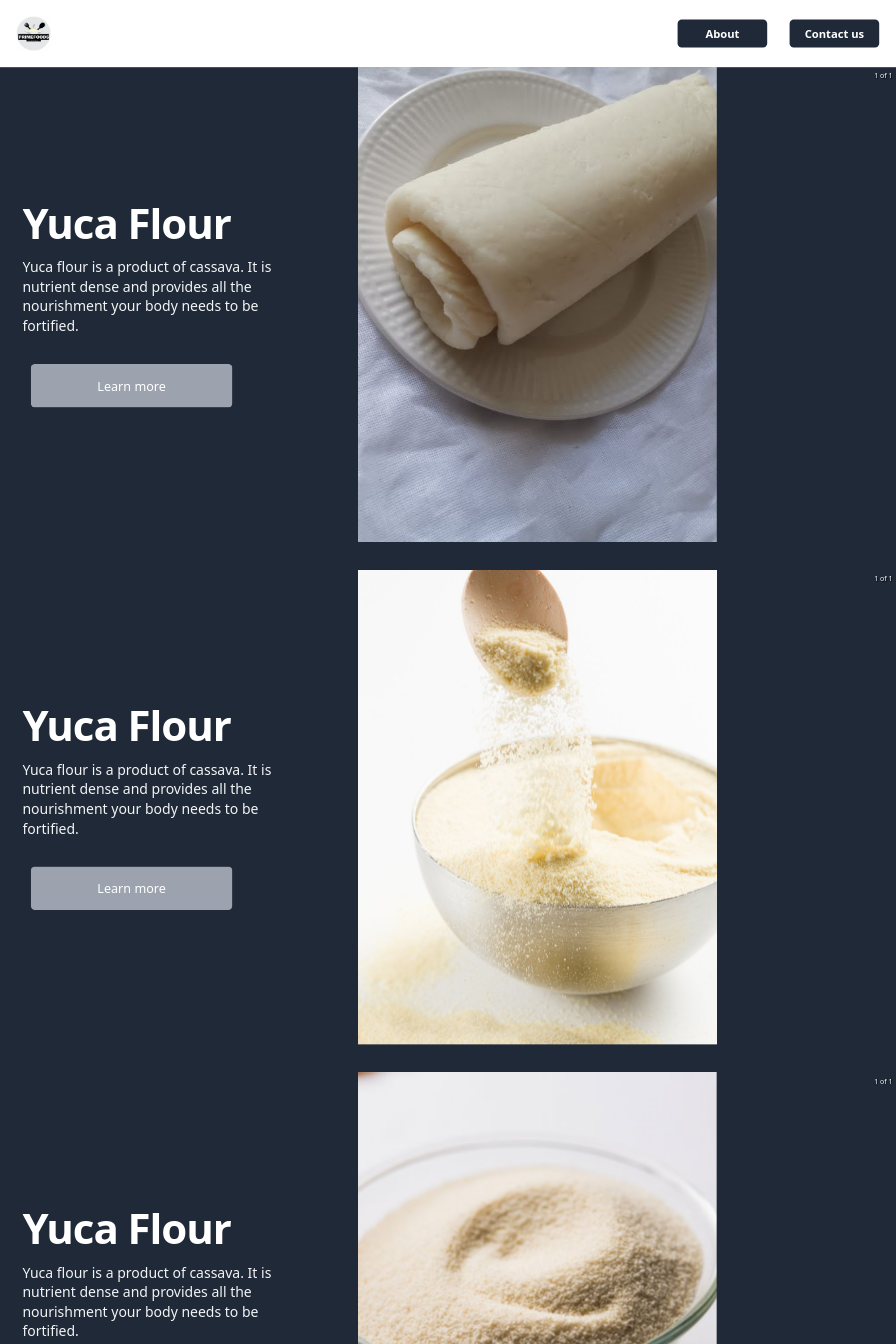
Repository: bellatrick/prime-foods
Page: /
An editor plug-in stored every save of this project. The page is shown before and after a run of saves, followed by the edit.
The browser window is 1280 px wide. The pictures show the part of the page from y = 0 to 1920 px (the page is 3816 px tall before and 3642 px after), at 70% of full size.
Some web fonts or font styles are not loaded; a fallback is used. The project was rebuilt for these pictures with package versions that can differ from the ones it lists, and the page was loaded fresh each time.

Above is the page before, as saved 2022-05-01 12:01:01.

### public/index.html
<!DOCTYPE html>
<html lang="en">
  <head>
    <meta charset="utf-8" />
    <link rel="icon" href="%PUBLIC_URL%/favicon.ico" />
    <meta name="viewport" content="width=device-width, initial-scale=1" />
    <meta name="theme-color" content="#000000" />
    <meta
      name="description"
      content="Web site created using create-react-app"
    />
    <link rel="apple-touch-icon" href="%PUBLIC_URL%/logo192.png" />
    <link rel="preconnect" href="https://fonts.googleapis.com" />
    <link rel="preconnect" href="https://fonts.gstatic.com" crossorigin />
    <link
      href="https://fonts.googleapis.com/css2?family=Dancing+Script:wght@400;500;600;700&family=Inter:wght@100;200;300;400;500;700;900&family=Kavoon&display=swap"
      rel="stylesheet"
    />
    <!--
      manifest.json provides metadata used when your web app is installed on a
      user's mobile device or desktop. See https://developers.google.com/web/fundamentals/web-app-manifest/
    -->
    <link rel="manifest" href="%PUBLIC_URL%/manifest.json" />
    <!--
      Notice the use of %PUBLIC_URL% in the tags above.
      It will be replaced with the URL of the `public` folder during the build.
      Only files inside the `public` folder can be referenced from the HTML.

      Unlike "/favicon.ico" or "favicon.ico", "%PUBLIC_URL%/favicon.ico" will
      work correctly both with client-side routing and a non-root public URL.
      Learn how to configure a non-root public URL by running `npm run build`.
    -->
    <title>React App</title>
  </head>
  <body>
    <noscript>You need to enable JavaScript to run this app.</noscript>
    <div id="root"></div>
    <!--
      This HTML file is a template.
      If you open it directly in the browser, you will see an empty page.

      You can add webfonts, meta tags, or analytics to this file.
      The build step will place the bundled scripts into the <body> tag.

      To begin the development, run `npm start` or `yarn start`.
      To create a production bundle, use `npm run build` or `yarn build`.
    -->
  </body>
</html>

### src/App.js
import Hero from './components/Hero'
import Features from './components/Features'
import Cta from './components/Cta'
import Footer from './components/Footer'
import './App.css';

function App() {
  return (
    <div className="App">
     <Hero/>
     <Features/>
     <Cta/>
     <Footer/>
    </div>
  );
}

export default App;

### src/components/Hero.jsx
import { Popover } from "@headlessui/react";
import img1 from "../assets/img7.jpg";
import img2 from "../assets/img8.jpg";
import img3 from "../assets/img9.jpg";
import logo from "../assets/prime.jpg";
import Fade from "react-reveal/Fade";
import "react-responsive-carousel/lib/styles/carousel.min.css"; // requires a loader
import { Carousel } from "react-responsive-carousel";
export default function Example() {
  const images = [img1, img2, img3];
  const carouselProps={
    centerMode:true,
    autoPlay:true,
    infinteLoop:true,
    showIndicators:false,
    swipeable:true,
    width:'100%'
  }
  return (
    <div className="relative bg-gray-800">
      <Popover className="relative bg-white shadow">
        <div className="max-w-7xl mx-auto px-4 sm:px-6">
          <div className="flex justify-between items-center py-6  md:space-x-10">
            <div className="flex justify-start lg:w-0 lg:flex-1">
              <img
                src={logo}
                alt=""
                className="h-12 w-auto sm:h-12 object-fill"
              />
            </div>
            <div className="flex gap-8 text-white font-bold cursor-pointer  ">
              <a
                className="hover:bg-gray-400 hover:text-white w-32 py-2 text-white bg-gray-800 rounded-md"
                href="#About"
              >
                About{" "}
              </a>
              <a
                className="hover:bg-gray-400 hover:text-white w-32 py-2 text-white bg-gray-800 rounded-md"
                href="#contact-us"
              >
                Contact us
              </a>
            </div>
          </div>
        </div>
      </Popover>

      {images.map((image) => (
        <Carousel {...carouselProps}>
          <main className="lg:relative">
            <div className="mx-auto max-w-7xl w-full pt-16 pb-20 text-center lg:py-48 lg:text-left">
              <div className="px-4 lg:w-1/2 sm:px-8 xl:pr-16">
                <Fade left opposite>
                  <h1 className="text-4xl tracking-tight font-extrabold text-white sm:text-5xl md:text-6xl lg:text-5xl xl:text-6xl">
                    <span className="block xl:inline">Yuca Flour</span>{" "}
                  </h1>
                </Fade>
                <Fade right opposite>
                  <p className="mt-3 max-w-md mx-auto text-lg text-gray-100 sm:text-xl md:mt-5 md:max-w-3xl">
                    Yuca flour is a product of cassava. It is nutrient dense and
                    provides all the nourishment your body needs to be
                    fortified.
                  </p>
                </Fade>

                <div className="mt-10 flex justify-center lg:justify-start">
                  <div className="mt-3 sm:mt-0 sm:ml-3">
                    <a
                      href="#About"
                      className="w-72 z-10 flex items-center justify-center px-8 py-2 border border-transparent text-base font-medium rounded-md hover:bg-gray-900 text-white bg-gray-400  cursor-pointer md:py-4 md:text-lg md:px-10"
                    >
                      Learn more
                    </a>
                  </div>
                </div>
              </div>
            </div>

            <Fade bottom opposite>
              <div className="relative w-full h-64 sm:h-72 md:h-96 lg:absolute lg:inset-y-0 lg:right-0 lg:w-1/2 lg:h-full">
                <img
                  className="absolute inset-0 w-full h-full object-cover"
                  src={image}
                  alt=""
                />
              </div>
            </Fade>
          </main>
        </Carousel>
      ))}
      <div className="absolute bottom-0 left-0 right-0 w-full">
        <svg
          xmlns="http://www.w3.org/2000/svg"
          viewBox="0 0 1440 320"
          className="h-48  z-0"
        >
          <path
            fill="#fff"
            fill-opacity="1"
            d="M0,288L48,272C96,256,192,224,288,197.3C384,171,480,149,576,165.3C672,181,768,235,864,250.7C960,267,1056,245,1152,250.7C1248,256,1344,288,1392,304L1440,320L1440,320L1392,320C1344,320,1248,320,1152,320C1056,320,960,320,864,320C768,320,672,320,576,320C480,320,384,320,288,320C192,320,96,320,48,320L0,320Z"
          ></path>
        </svg>
      </div>
    </div>
  );
}

### src/components/Features.jsx
import img1 from "../assets/img2.jpg";
import img2 from "../assets/img3.png";
import img3 from "../assets/img4.jfif";
import Fade from "react-reveal/Fade";
const posts = [
  {
    title: "Yuca flour is as healthy as it can get",
    description:
      "Yuca does not contain trans fatty acids, saturated fats or cholesterol. This helps to greatly reduce the risk of high cholesterol as well as heart disease.",
    imageUrl: img2,
  },
  {
    title: " Low in Calories and Gives energy",
    description:
      "Carbohydrates are the body’s main source of energy and at least, a third of your diet should include carb-rich foods like Yuca flour",
    imageUrl: img1,

  },
  {
    title: "Protects the heart",
    description:
      "Yuca is rich in nutrients like fiber, folate, and magnesium – all of which boost heart function and may reduce your risk of heart disease",
    imageUrl: img3,
  },
];

export default function Example() {
  return (
    <div className="relative bg-gray-50 pt-16 pb-20 px-4 sm:px-6 lg:pt-24 lg:pb-28 lg:px-8" id='About'>
      <div className="absolute inset-0">
        <div className="bg-white h-1/3 sm:h-2/3" />
      </div>
      <div className="relative max-w-7xl mx-auto">
        <div className="text-center">
          <h2 className="text-3xl tracking-tight font-extrabold text-gray-600 sm:text-4xl">
            About Yuca Flour
          </h2>
          <p className="mt-3 max-w-2xl mx-auto text-xl text-gray-500 sm:mt-4">
            Lorem ipsum dolor sit amet consectetur, adipisicing elit. Ipsa
            libero labore natus atque, ducimus sed.
          </p>
        </div>
        <>
          <div className="mt-12 max-w-lg mx-auto grid gap-5 lg:grid-cols-3 lg:max-w-none">
            {posts.map((post) => (
              <Fade cascade opposite left>
                <div
                  key={post.title}
                  className="flex flex-col rounded-lg shadow-lg overflow-hidden"
                >
                  <div className="flex-shrink-0">
                    <img
                      className="h-48 w-full object-cover"
                      src={post.imageUrl}
                      alt="feature img"
                    />
                  </div>
                  <div className="flex-1 bg-white p-6 flex flex-col justify-between">
                    <div className="flex-1">
                      <a href={post.href} className="block mt-2">
                        <p className="text-xl font-semibold text-gray-600">
                          {post.title}
                        </p>
                        <p className="mt-3 text-base text-gray-500">
                          {post.description}
                        </p>
                      </a>
                    </div>
                    <div className="mt-6 flex items-center"></div>
                  </div>
                </div>
              </Fade>
            ))}
          </div>
        </>
      </div>
    </div>
  );
}

### src/components/Cta.jsx
import img1 from "../assets/img9.jpg";
import Slide from "react-reveal/Slide";
import Fade from "react-reveal/Fade";
export default function Example() {
  return (
    <div className="bg-white relative" id="contact-us">
         <div className="absolute bottom-0 left-0 right-0">
        <svg xmlns="http://www.w3.org/2000/svg" viewBox="0 0 1440 320">
          <path
            fill="#fff"
            fill-opacity="1"
            d="M0,288L48,272C96,256,192,224,288,197.3C384,171,480,149,576,165.3C672,181,768,235,864,250.7C960,267,1056,245,1152,250.7C1248,256,1344,288,1392,304L1440,320L1440,320L1392,320C1344,320,1248,320,1152,320C1056,320,960,320,864,320C768,320,672,320,576,320C480,320,384,320,288,320C192,320,96,320,48,320L0,320Z"
          ></path>
        </svg>
      </div>
      <div className="max-w-7xl mx-auto py-16 px-4 sm:px-6 lg:px-8">
        <div className="bg-gray-800 rounded-lg shadow-xl overflow-hidden lg:grid lg:grid-cols-2 lg:gap-4">
          <div className="pt-6 pb-12 px-6 sm:pt-10 sm:px-16 lg:py-16 lg:pr-0 xl:py-16 xl:px-20">
            <div className="lg:self-center">
              <h2 className="text-2xl font-extrabold text-white sm:text-4xl">
                <Fade left>
                  <span className="block">Ready to dive in?</span>
                </Fade>
                <Fade right>
                  {" "}
                  <span className="block text-gray-300">Contact us today!</span>
                </Fade>
              </h2>
              <Slide left>
                {" "}
                <p className="mt-4 text-lg leading-6 text-white">
                  Delivery is speedy and arrives at your doorstep in no time!
                </p>
              </Slide>
              <Slide left>
                <div className="mt-4 flex justify-center sm:mt-8 sm:ml-3 cursor-pointer">
                  <a
                    href={`https://wa.me/${'+2348108932677'}/?text=${'Hello, i just got off your website and i would like to...'}`}
                    rel="noreferrer"
                    className=" flex items-center justify-center px-8 py-3 border border-transparent text-base font-medium rounded-md bg-white text-gray-600 hover:bg-gray-400 hover:text-white cursor-pointer md:py-4 md:text-lg md:px-10"
                  >
                    Contact us
                  </a>
                </div>
              </Slide>
            </div>
          </div>{" "}
          <div className="-mt-6 aspect-w-5 aspect-h-3 md:aspect-w-2 md:aspect-h-1">
            <Slide right>
              <img
                className="transform translate-x-6 translate-y-6 rounded-md object-cover object-left-top sm:translate-x-16 lg:translate-y-20"
                src={img1}
                alt="App screenshot"
              />
            </Slide>
          </div>
        </div>
      </div>

    </div>
  );
}

### src/components/Footer.jsx
/* This example requires Tailwind CSS v2.0+ */
const navigation = {
    social: [
      {
        name: 'Facebook',
        href: '#',
        icon: (props) => (
          <svg fill="currentColor" viewBox="0 0 24 24" {...props}>
            <path
              fillRule="evenodd"
              d="M22 12c0-5.523-4.477-10-10-10S2 6.477 2 12c0 4.991 3.657 9.128 8.438 9.878v-6.987h-2.54V12h2.54V9.797c0-2.506 1.492-3.89 3.777-3.89 1.094 0 2.238.195 2.238.195v2.46h-1.26c-1.243 0-1.63.771-1.63 1.562V12h2.773l-.443 2.89h-2.33v6.988C18.343 21.128 22 16.991 22 12z"
              clipRule="evenodd"
            />
          </svg>
        ),
      },
      {
        name: 'Instagram',
        href: '#',
        icon: (props) => (
          <svg fill="currentColor" viewBox="0 0 24 24" {...props}>
            <path
              fillRule="evenodd"
              d="M12.315 2c2.43 0 2.784.013 3.808.06 1.064.049 1.791.218 2.427.465a4.902 4.902 0 011.772 1.153 4.902 4.902 0 011.153 1.772c.247.636.416 1.363.465 2.427.048 1.067.06 1.407.06 4.123v.08c0 2.643-.012 2.987-.06 4.043-.049 1.064-.218 1.791-.465 2.427a4.902 4.902 0 01-1.153 1.772 4.902 4.902 0 01-1.772 1.153c-.636.247-1.363.416-2.427.465-1.067.048-1.407.06-4.123.06h-.08c-2.643 0-2.987-.012-4.043-.06-1.064-.049-1.791-.218-2.427-.465a4.902 4.902 0 01-1.772-1.153 4.902 4.902 0 01-1.153-1.772c-.247-.636-.416-1.363-.465-2.427-.047-1.024-.06-1.379-.06-3.808v-.63c0-2.43.013-2.784.06-3.808.049-1.064.218-1.791.465-2.427a4.902 4.902 0 011.153-1.772A4.902 4.902 0 015.45 2.525c.636-.247 1.363-.416 2.427-.465C8.901 2.013 9.256 2 11.685 2h.63zm-.081 1.802h-.468c-2.456 0-2.784.011-3.807.058-.975.045-1.504.207-1.857.344-.467.182-.8.398-1.15.748-.35.35-.566.683-.748 1.15-.137.353-.3.882-.344 1.857-.047 1.023-.058 1.351-.058 3.807v.468c0 2.456.011 2.784.058 3.807.045.975.207 1.504.344 1.857.182.466.399.8.748 1.15.35.35.683.566 1.15.748.353.137.882.3 1.857.344 1.054.048 1.37.058 4.041.058h.08c2.597 0 2.917-.01 3.96-.058.976-.045 1.505-.207 1.858-.344.466-.182.8-.398 1.15-.748.35-.35.566-.683.748-1.15.137-.353.3-.882.344-1.857.048-1.055.058-1.37.058-4.041v-.08c0-2.597-.01-2.917-.058-3.96-.045-.976-.207-1.505-.344-1.858a3.097 3.097 0 00-.748-1.15 3.098 3.098 0 00-1.15-.748c-.353-.137-.882-.3-1.857-.344-1.023-.047-1.351-.058-3.807-.058zM12 6.865a5.135 5.135 0 110 10.27 5.135 5.135 0 010-10.27zm0 1.802a3.333 3.333 0 100 6.666 3.333 3.333 0 000-6.666zm5.338-3.205a1.2 1.2 0 110 2.4 1.2 1.2 0 010-2.4z"
              clipRule="evenodd"
            />
          </svg>
        ),
      },
      {
        name: 'Twitter',
        href: '#',
        icon: (props) => (
          <svg fill="currentColor" viewBox="0 0 24 24" {...props}>
            <path d="M8.29 20.251c7.547 0 11.675-6.253 11.675-11.675 0-.178 0-.355-.012-.53A8.348 8.348 0 0022 5.92a8.19 8.19 0 01-2.357.646 4.118 4.118 0 001.804-2.27 8.224 8.224 0 01-2.605.996 4.107 4.107 0 00-6.993 3.743 11.65 11.65 0 01-8.457-4.287 4.106 4.106 0 001.27 5.477A4.072 4.072 0 012.8 9.713v.052a4.105 4.105 0 003.292 4.022 4.095 4.095 0 01-1.853.07 4.108 4.108 0 003.834 2.85A8.233 8.233 0 012 18.407a11.616 11.616 0 006.29 1.84" />
          </svg>
        ),
      },
    ],
  }

  export default function Example() {
    return (
      <footer className="bg-gray-800">
        <div className="max-w-7xl mx-auto py-12 px-4 overflow-hidden sm:px-6 lg:px-8">
          <div className="mt-8 flex justify-center space-x-6">
            {navigation.social.map((item) => (
              <a key={item.name} href={item.href} className="text-gray-100 hover:text-gray-200">
                <span className="sr-only">{item.name}</span>
                <item.icon className="h-6 w-6" aria-hidden="true" />
              </a>
            ))}
          </div>
          <p className="mt-8 text-center text-base text-gray-100">&copy; 2022 Prime foods. All rights reserved.</p>
        </div>
      </footer>
    )
  }

### tailwind.config.js
module.exports = {
  content: ["./src/**/*.{js,jsx,ts,tsx}"],
  theme: {
    extend: {
      colors: {
        primary: "#do380c",
      },
      fontFamily: {
        body: ["Inter", "sans-serif"],
        logo: ["Dancing Script", "cursive"],
      },
    },
  },
  plugins: [],
};

Loaded but not shown: src/index.js (common file); src/index.css (common file); src/reportWebVitals.js (common file); src/App.css (common file)

After the next 2 saves:
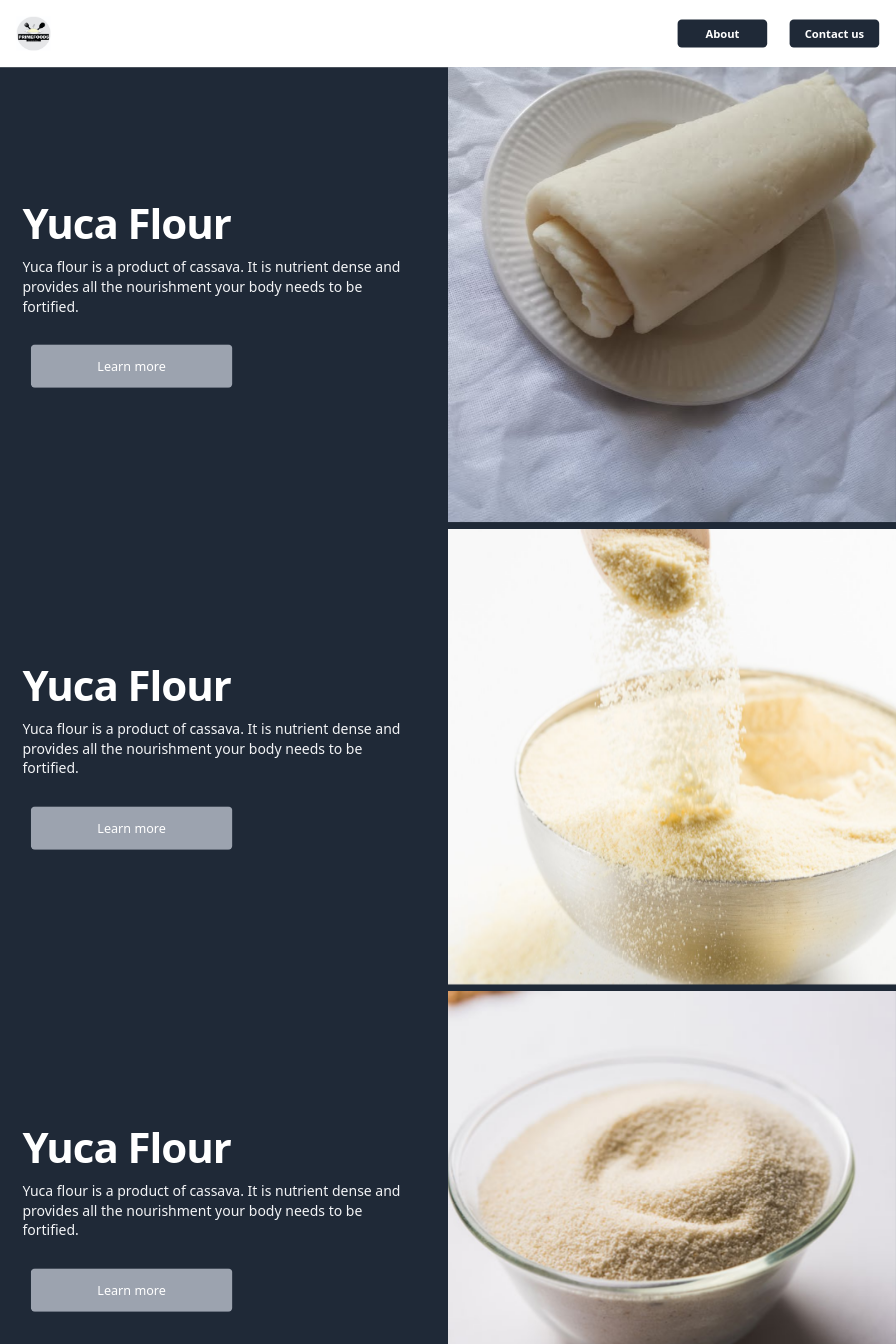
The 2 saves are shown as one change because they came seconds apart.
The last was saved 55 s later.
--- a/src/components/Hero.jsx
+++ b/src/components/Hero.jsx
@@ -4,8 +4,7 @@ import img2 from "../assets/img8.jpg";
 import img3 from "../assets/img9.jpg";
 import logo from "../assets/prime.jpg";
 import Fade from "react-reveal/Fade";
-import "react-responsive-carousel/lib/styles/carousel.min.css"; // requires a loader
-import { Carousel } from "react-responsive-carousel";
+import Carousel from "react-material-ui-carousel";
 export default function Example() {
   const images = [img1, img2, img3];
   const carouselProps={
